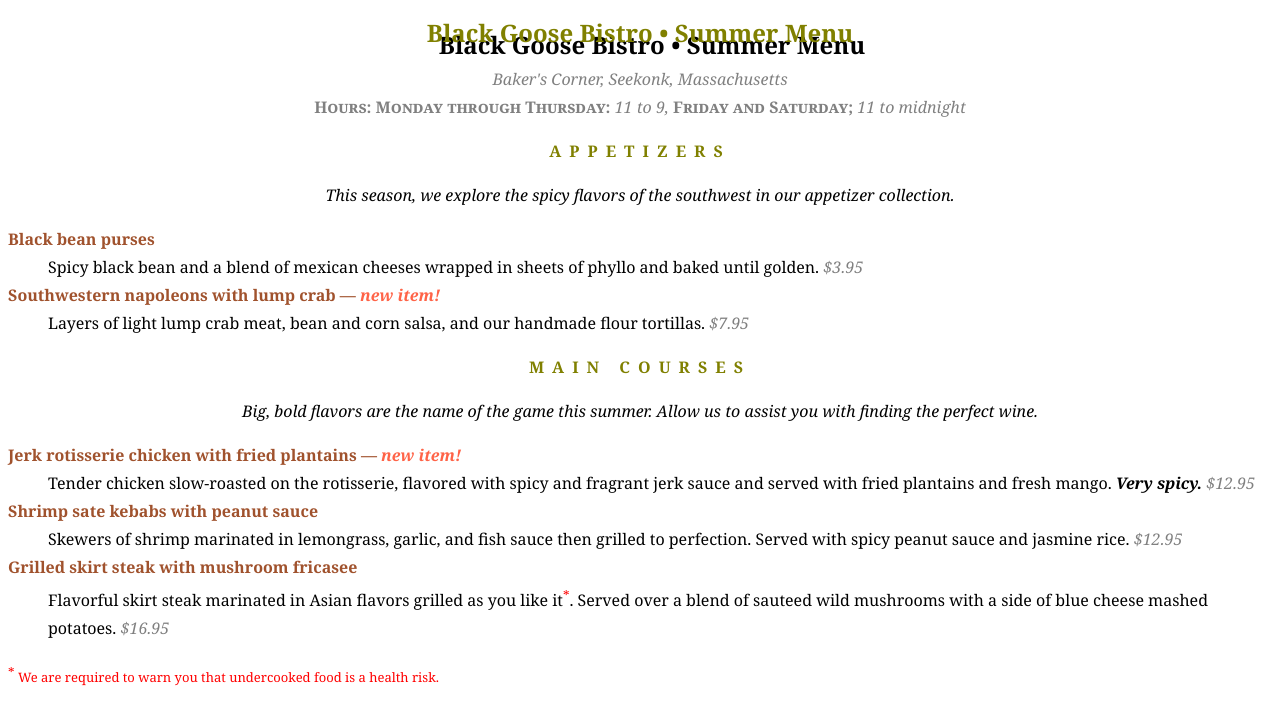
Repository: Colo-Codes/code-practice
Page: 02-css-practice-2.html
The author's editor kept a copy of each file at every save. The page is drawn from the files as they stood at one save, then again after the next save.
The browser window is 1280 px wide. The pictures show the whole page.
Some web fonts or font styles are not loaded; a fallback is used.

Above is the page before, as saved 2021-05-06 06:56:00.

### 02-css-practice-2.html
<!DOCTYPE html>
<html>

<head>
    <meta charset="utf-8">
    <title>Black Goose Bistro Summer Menu</title>
    <!-- <link rel="preconnect" href="https://fonts.gstatic.com"> -->
    <link href="https://fonts.googleapis.com/css2?family=Marko+One&display=swap" rel="stylesheet">
    <style>
        body {
            /* font-family: Verdana, sans-serif; */
            font-family: Georgia, serif;
            font-size: 100%; /* Rest the font size and clear the way for using em later on */
            line-height: 1.75em;
        }
        h1 {
            font: bold 1.5em "Marko One", Georgia, serif;
            /*
            font-family: "Marko One", Georgia, serif;
            font-size: 1.5em;
            */
            color: olive;
            text-shadow: black .5em .5em ;
        }
        h2 {
            font-size: 1em;
            letter-spacing: .5em;
            text-transform: uppercase;
            color: olive;
        }
        h2 + p {
            text-align: center;
            font-style: italic;
        }
        strong {
            font-style: italic;
        }
        dt strong {
            color: tomato;
        }
        dt {
            font-weight: bold;
            color: sienna;
        }
        #info p {
            font-style: italic;
            color: gray;
        }
        .price {
            font-family: Georgia, serif;
            font-style: italic;
            color: gray;
        }
        .label {
            font-weight: bold;
            font-variant: small-caps;
            font-style: normal;
        }
        p.warning, sup {
            font-size: small;
            color: red;
        }
        h1, h2, #info {
            text-align: center;
        }

    </style>
</head>

<body>

    <div id="info">
        <h1>Black Goose Bistro &bull; Summer Menu</h1>

        <p>Baker's Corner, Seekonk, Massachusetts<br>
            <span class="label">Hours: Monday through Thursday:</span> 11 to 9, <span class="label">Friday and
                Saturday;</span> 11 to midnight
        </p>
    </div>

    <div id="appetizers">
        <h2>Appetizers</h2>
        <p>This season, we explore the spicy flavors of the southwest in our appetizer collection.</p>

        <dl>
            <dt>Black bean purses</dt>
            <dd>Spicy black bean and a blend of mexican cheeses wrapped in sheets of phyllo and baked until golden.
                <span class="price">$3.95</span></dd>

            <dt class="newitem">Southwestern napoleons with lump crab &mdash; <strong>new item!</strong></dt>
            <dd>Layers of light lump crab meat, bean and corn salsa, and our handmade flour tortillas. <span
                    class="price">$7.95</span></dd>
        </dl>
    </div>

    <div id="entrees">

        <h2>Main courses</h2>
        <p>Big, bold flavors are the name of the game this summer. Allow us to assist you with finding the perfect wine.
        </p>


        <dl>

            <dt class="newitem">Jerk rotisserie chicken with fried plantains &mdash; <strong>new item!</strong></dt>
            <dd>Tender chicken slow-roasted on the rotisserie, flavored with spicy and fragrant jerk sauce and served
                with fried plantains and fresh mango. <strong>Very spicy.</strong> <span class="price">$12.95</span>
            </dd>

            <dt>Shrimp sate kebabs with peanut sauce</dt>
            <dd>Skewers of shrimp marinated in lemongrass, garlic, and fish sauce then grilled to perfection. Served
                with spicy peanut sauce and jasmine rice. <span class="price">$12.95</span></dd>

            <dt>Grilled skirt steak with mushroom fricasee</dt>
            <dd>Flavorful skirt steak marinated in Asian flavors grilled as you like it<sup>*</sup>. Served over a blend
                of sauteed wild mushrooms with a side of blue cheese mashed potatoes. <span class="price">$16.95</span>
            </dd>
        </dl>

    </div>

    <p class="warning"><sup>*</sup> We are required to warn you that undercooked food is a health risk.</p>

</body>

</html>

After the next save:
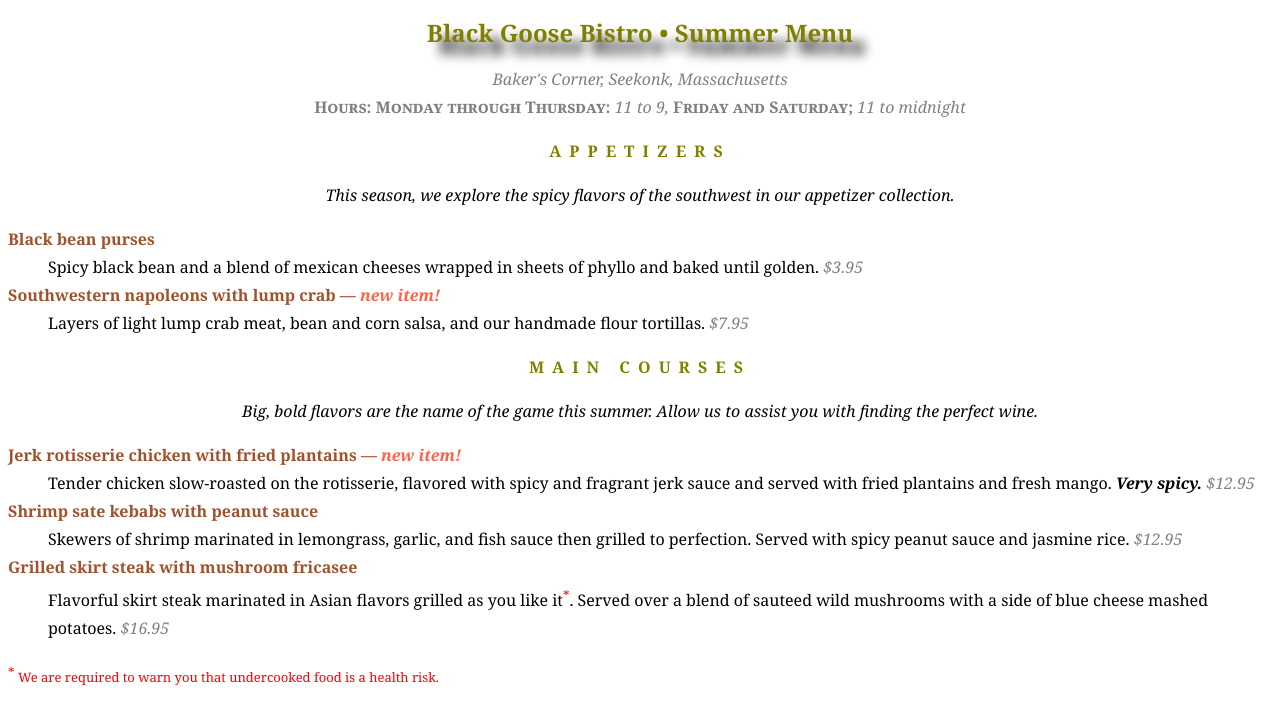
Saved 6 s later.
--- a/02-css-practice-2.html
+++ b/02-css-practice-2.html
@@ -20,7 +20,7 @@
             font-size: 1.5em;
             */
             color: olive;
-            text-shadow: black .5em .5em ;
+            text-shadow: black .5em .5em .5em;
         }
         h2 {
             font-size: 1em;
